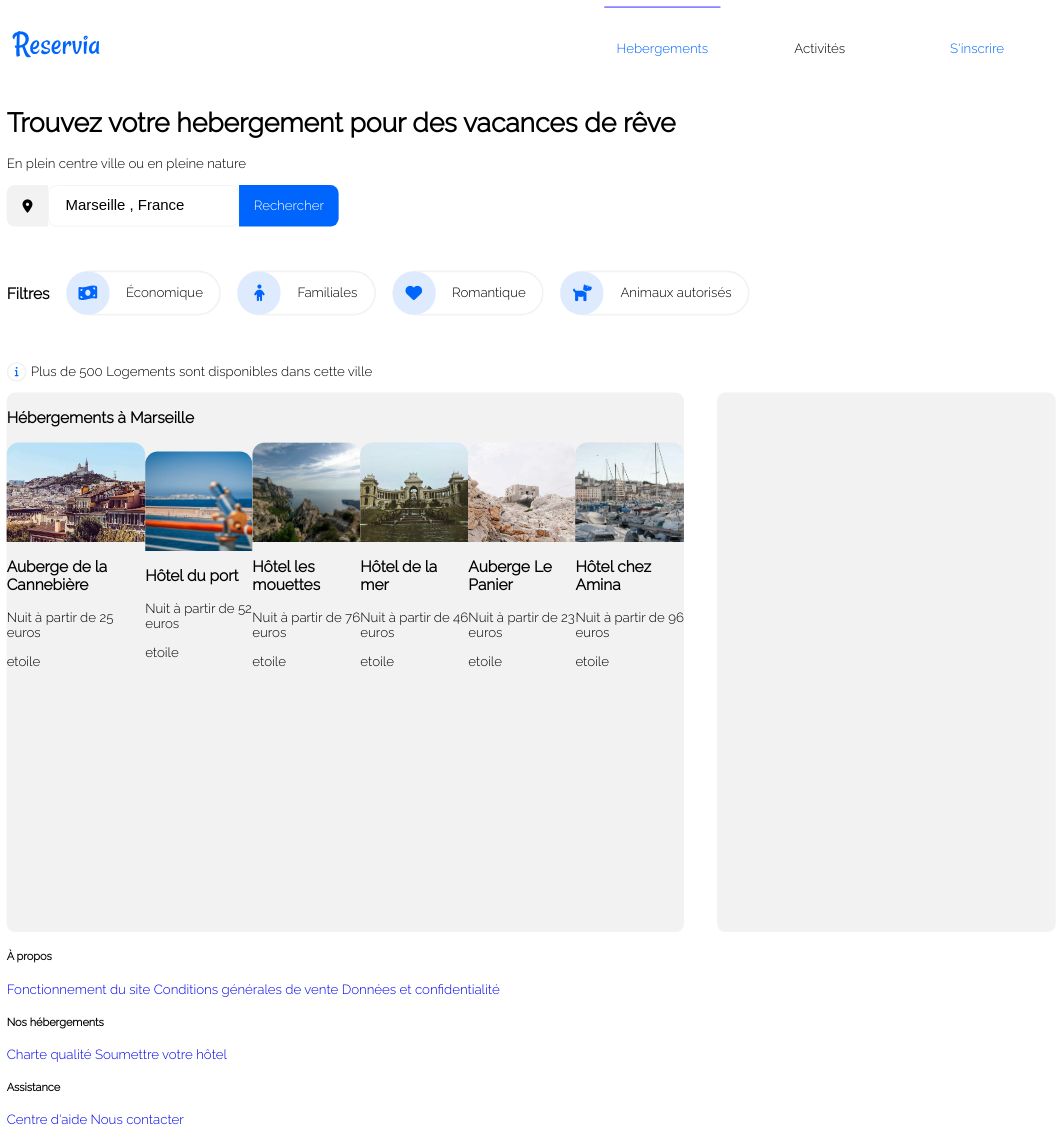
Repository: jaydeeonghub/DYLANBARBARISI_2_16062021
Page: index.html
The author's editor kept a copy of each file at every save. The page is drawn from the files as they stood at one save, then again after the next save.
The browser window is 1280 px wide. The pictures show the whole page, at 83% of full size.
Some web libraries are served in a nearby version.

Above is the page before, as saved 2021-07-13 19:25:50.

### index.html
<!DOCTYPE html>
<html lang="fr">
<head>
    <script src="https://kit.fontawesome.com/864c7a6a3c.js" crossorigin="anonymous"></script>
    <link href="//netdna.bootstrapcdn.com/font-awesome/3.2.1/css/font-awesome.css" rel="stylesheet">
    <link rel="preconnect" href="https://fonts.gstatic.com">
    <link href="https://fonts.googleapis.com/css2?family=Raleway:wght@300&display=swap" rel="stylesheet">
    <link rel="stylesheet" href="./Styles.css">
        <meta charset="UTF-8">
        <meta http-equiv="X-UA-Compatible" content="IE=edge">
        <meta name="viewport" content="width=device-width, initial-scale=1.0">
    <title>Reservia</title>
</head>
<body>
    <header>
    <div class="Barre_de_navigation"> <!--Barre de navigation-->
        <div>
        <img
             class="marglogo"
             src="Assets/Logo/Reservia@3x.png"
             alt="Logo Reservia Responsive"
             srcset="Assets/Logo/Reservia.svg"
             width="120px"
             height="50px"
        />
    </div>
<nav class="LiensNav flexAround">
        <div class=" LiensNav2 flexCentre bordureNav">
        <a class="colorBleu decorationNone" href="#Hebergements">Hebergements</a>
    </div>
        <div class="LiensNav2 flexCentre">
        <a class="LiensColor2 decorationNone" href="#Activités">Activités</a>
    </div>
        <div class="LiensNav2 flexCentre">
            <a class="colorBleu decorationNone" href="#S'inscrire">S'inscrire</a></div>
    </nav>
    </header>
<main>
    <h1 class="texteGras">
    Trouvez votre hebergement pour des vacances de rêve
    </h1> <!--Titre d'accroche de la landing page-->
    <p>En plein centre ville ou en pleine nature</p>
    <div class="filtre margFiltreTitre">
        <div class="backGris flexCentre iconSize">
            <i class="fas fa-map-marker-alt"></i></div>
        <div>
            <input
                class="recherche flexCentre bordureSearch paddingSearch"
                type="search"
                value="Marseille , France"
                />
            </div>
        <div class="backBleu flexCentre buttonSearch">Rechercher</div>
          </div>
          <div class="filtre margFiltre">
              <div class="margFiltreTitre"><h3>Filtres</h3></div>
          <div class="flexBetween filtreTexteIcons">
              <i class="fas fa-money-bill-wave fa-lg filtreIcons flexCentre"></i>
              <div class="filtreTexte flexCentre">Économique</div>
          </div>
          <div class="flexBetween filtreTexteIcons">
              <i class="fas fa-child fa-lg filtreIcons flexCentre"></i>
              <div class="filtreTexte flexCentre">Familiales</div>
          </div>
          <div class="flexBetween filtreTexteIcons">
              <i class="fas fa-heart fa-lg filtreIcons flexCentre"></i>
              <div class="filtreTexte flexCentre">Romantique</div>
          </div>
          <div class="flexBetween filtreTexteIcons">
              <i class="fas fa-dog fa-lg filtreIcons flexCentre"></i>
              <div class="filtreTexte flexCentre">Animaux autorisés</div>
          </div>
        </div>
    <div class="info">
        <div class="parentIcon flexCentre">
        <i class="fas fa-info fa-xs colorBleu"></i>
        </div>
    <p>Plus de 500 Logements sont disponibles dans cette ville</p> <!--Nombre approximatif de logements disponibles aux alentours-->
    </div>
    <section class="flexAround">
        <div class="sizeHebergements backGris blocHebergements">
            <h3>Hébergements à Marseille</h3>
            <div class="bloc1 flexBetween">
                <div>
                    <div class="imgHebergements1"></div>
                    <div>
                        <h3>Auberge de la Cannebière</h3>
                        <p>Nuit à partir de 25 euros</p>
                        <div>etoile</div>
                    </div>
                </div>
                <div>
                    <div class="imgHebergements2"></div>
                    <div>
                        <h3>Hôtel du port</h3>
                        <p>Nuit à partir de 52 euros</p>
                        <div>etoile</div>
                    </div>
                </div>
                <div>
                    <div class="imgHebergements3"></div>
                    <div>
                        <h3>Hôtel les mouettes</h3>
                        <p>Nuit à partir de 76 euros</p>
                        <div>etoile</div>
                    </div>
                </div>
                <div class="bloc2 flexBetween">
                    <div>
                        <div class="imgHebergements4"></div>
                        <div>
                            <h3>Hôtel de la mer</h3>
                            <p>Nuit à partir de 46 euros</p>
                            <div>etoile</div>
                        </div>
                    </div>
                    <div>
                        <div class="imgHebergements5"></div>
                        <div>
                            <h3>Auberge Le Panier</h3>
                            <p>Nuit à partir de 23 euros</p>
                            <div>etoile</div>
                        </div>
                    </div>
                    <div>
                        <div class="imgHebergements6"></div>
                        <div>
                            <h3>Hôtel chez Amina</h3>
                            <p>Nuit à partir de 96 euros</p>
                            <div>etoile</div>
                        </div>
                    </div>
                </div>
                </div>
                <div></div>
                <p></p>
    </div>
    <div class="sizePopulaires backGris"></div>
    </section>
    </main>
    <footer>
        <h5>À propos</h5>
            <a href="#Fonctionnementdusite">Fonctionnement du site</a>
            <a href="#CGV">Conditions générales de vente</a>
            <a href="Confidentialité">Données et confidentialité</a>
        <h5>Nos hébergements</h5>
            <a href="#chartequalité">Charte qualité</a>
            <a href="#Soumettrehôtel">Soumettre votre hôtel</a>
        <h5>Assistance</h5>
            <a href="#Centre d'aide">Centre d'aide</a>
            <a href="#Contact">Nous contacter</a>
    </footer>


</body>
</html>

### Styles.css
*
html,body {font-family: Raleway;}

li {display: inline;}

a {text-decoration: none;}

.flexCentre {

    display: flex;
    justify-content: center;
    align-items: center;
}

.flexAround {

    display: flex;
    justify-content: space-around;
    align-items: center;
}
.flexBetween {
    display: flex;
    justify-content: space-between;
    align-items: center;
}
/* NAV */

.Barre_de_navigation {
    display: flex;
    justify-content: space-between;
    align-items: center;
    font-family: Raleway;
}
.bordureNav {
    border-top: 1px solid blue;
}
.bordureNav2 {
    border-top: 1px solid transparent;
}

.LiensNav {
    width: 45%;
}
.LiensNav2 {
    width: 140px;
    height: 99px;
}
.texteGras {

    font-weight: bold;
}
.sizeNav {
    height: 100px;
}
.LiensColor2 {
    color: black;
}
.marglogo {
    margin-bottom: 7px;
}

/* Colors */

.colorBleu {
    color: #0065fc;
}
.colorBleuClair {
    color: #deebff
}
.colorGris {
    color: #f2f2f2
}
.backBleu {
    background-color: #0065fc;
}
.backBleuClair {
    background-color: #deebff
}
.backGris {
    background-color: #f2f2f2
}

/* HEADER*/

.bordureSearch {
    width: 400px;
    border-radius: 10px;
    border: 0.5px solid #f2f2f2;
}
.paddingSearch {
    padding-left: 20px;
}
.recherche {
    height: 50px;
    width: 230px;
    font-size: 18px;
    color: black
    font-weight: bold
}
.iconSize {
    height: 50px;
    width: 50px;
    border-radius: 10px 0 0 10px;
}
.buttonSearch {
    height: 50px;
    width: 120px;
    color: white;
    cursor: pointer;
    border-radius: 0 10px 10px 0;
}

/* Filtres */

.filtre {
    display: flex;
    align-items: center;
}
.margFiltre {
    margin-top: 50px;
    margin-bottom: 40px;
}
.margFiltreTitre {
    margin-right: 20px;
}
.filtreTexteIcons {
    border: 2px solid #f2f2f2;
    height: 50px;
    border-radius: 30px;
    margin-right: 20px;
}
.filtreIcons {
    margin-left: -2px;
    border-radius: 25px;
    width: 52px;
    height: 52px;
    color: #0065fc;
    background-color: #deebff;
}
.filtreTexteIcons:hover > .filtreTexte {
    color:#0065fc
}
.filtreTexteIcons:hover > .filtreIcons {
    color:white;
    background-color:#0065fc;
}
.filtreTexte {
    height: 50px;
    padding-left: 20px;
    padding-right: 20px;
    border-radius: 0 25px 25px 0;
}
.bordureNone {
    border-style: none
}
/*Info */

.info {
    display: flex;
    align-items:center
}
.parentIcon {
    width: 20px;
    height: 20px;
    border: 2px solid #f2f2f2;
    border-radius: 25px;
    margin-right:  5px;
}

/* Hebergements */

.sizePopulaires {
    flex: 1;
    height: 650px;
    margin-left: 20px;
    border-radius: 10px;
}
.sizeHebergements {
flex: 2;
height: 650px;
margin-right: 20px;
border-radius: 10px;
}
.imgHebergements1 {
    background-image: url("./Assets/Images/4_small/florian-wehde-xW9e8gdotxI-unsplash.jpg");
    background-size: cover;
    background-position: center;
    width: 100%;
    height: 120px;
    border-radius: 15px 15px 0 0;
}
.imgHebergements2 {
    background-image: url("./Assets/Images/4_small/kevin-hikari-rV_Qd1l-VXg-unsplash.jpg");
    background-size: cover;
    background-position: center;
    width: 100%;
    height: 120px;
    border-radius: 15px 15px 0 0;
}
.imgHebergements3 {
    background-image: url("./Assets/Images/4_small/kilyan-sockalingum-NR8-cBCN3aI-unsplash.jpg");
    background-size: cover;
    background-position: center;
    width: 100%;
    height: 120px;
    border-radius: 15px 15px 0 0;
}
.imgHebergements4 {
    background-image: url("./Assets/Images/4_small/lena-paulin-wH2-EJoDcV0-unsplash.jpg");
    background-size: cover;
    background-position: center;
    width: 100%;
    height: 120px;
    border-radius: 15px 15px 0 0;
}
.imgHebergements5 {
    background-image: url("./Assets/Images/4_small/paul-hermann-QFTrLdQIRhI-unsplash.jpg");
    background-size: cover;
    background-position: center;
    width: 100%;
    height: 120px;
    border-radius: 15px 15px 0 0;
}
.imgHebergements6 {
    background-image: url("./Assets/Images/4_small/reno-laithienne-QUgJhdY5Fyk-unsplash.jpg");
    background-size: cover;
    background-position: center;
    width: 100%;
    height: 120px;
    border-radius: 15px 15px 0 0;
}

After the next save:
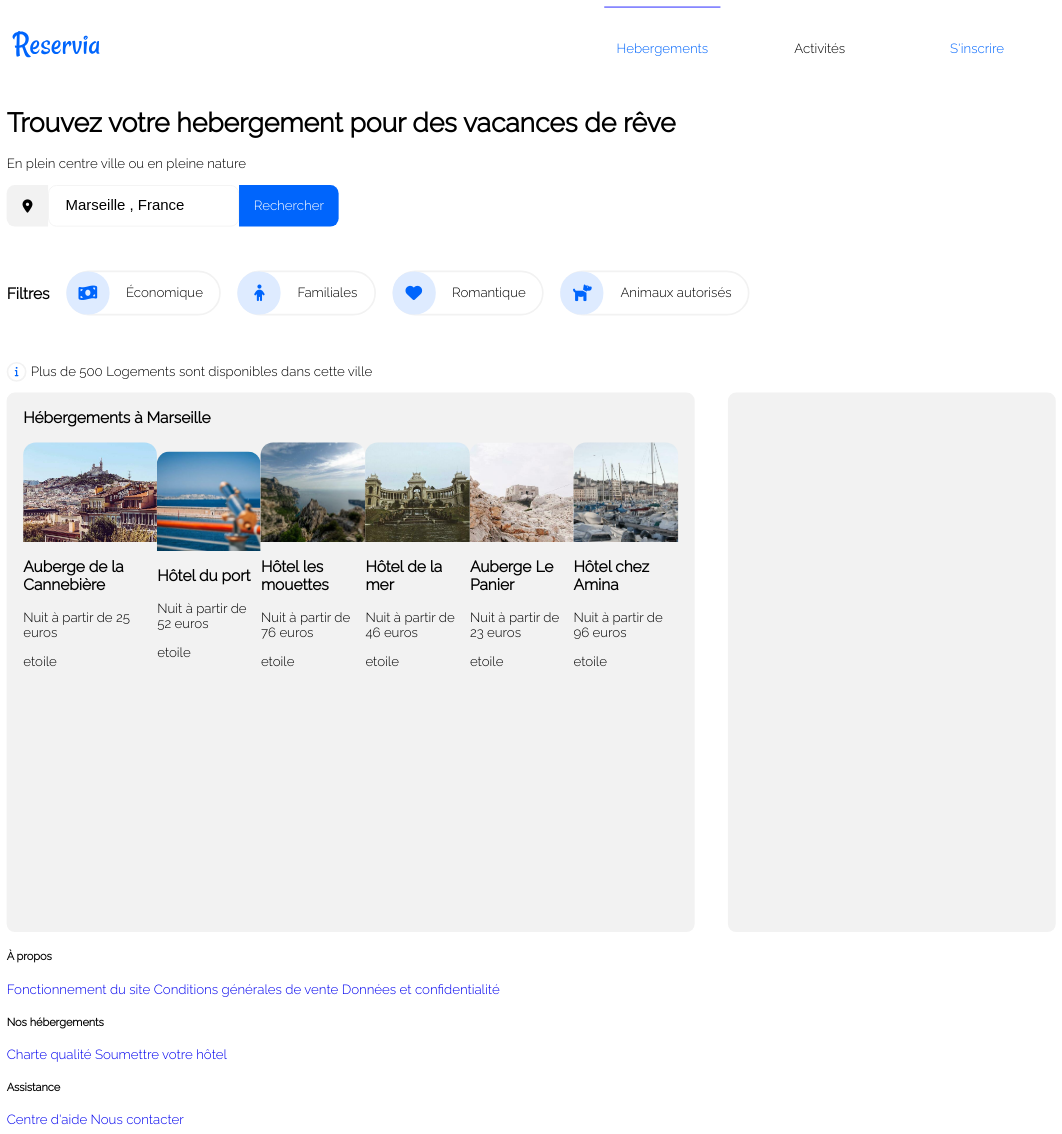
Saved 2 s later.
--- a/Styles.css
+++ b/Styles.css
@@ -23,6 +23,28 @@ a {text-decoration: none;}
     justify-content: space-between;
     align-items: center;
 }
+.flexColumnCentre {
+
+    display: flex;
+    flex-direction: column;
+    justify-content: center;
+    align-items: center;
+}
+
+.flexColumnAround {
+
+    display: flex;
+    flex-direction: column;
+    justify-content: space-around;
+    align-items: center;
+}
+.flexColumnBetween {
+    display: flex;
+    flex-direction: column;
+    justify-content: space-between;
+    align-items: center;
+}
+
 /* NAV */
 
 .Barre_de_navigation {
@@ -229,3 +251,7 @@ border-radius: 10px;
     height: 120px;
     border-radius: 15px 15px 0 0;
 }
+.blocHebergements {
+    padding-left: 20px;
+    padding-right: 20px;
+}
